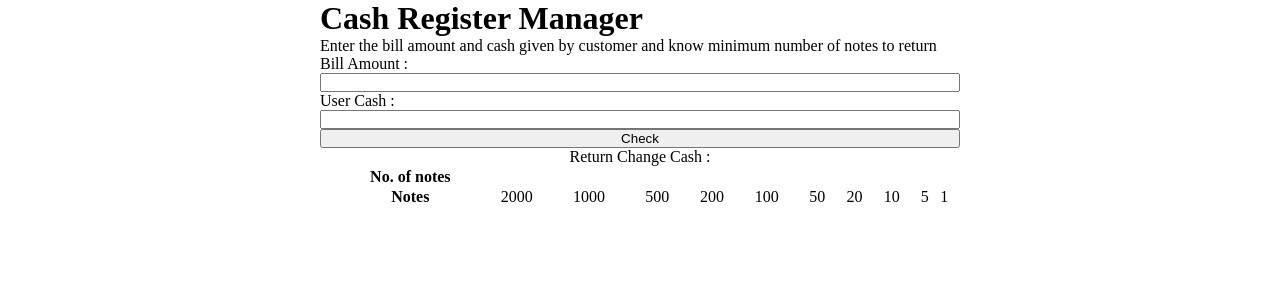
Repository: patelamancode/Cash-register-manager-app
Page: index.html
The author's editor kept a copy of each file at every save. The page is drawn from the files as they stood at one save, then again after the next save.
The browser window is 1280 px wide. The pictures show the whole page.

Above is the page before, as saved 2022-11-16 16:47:20.

After the next save:
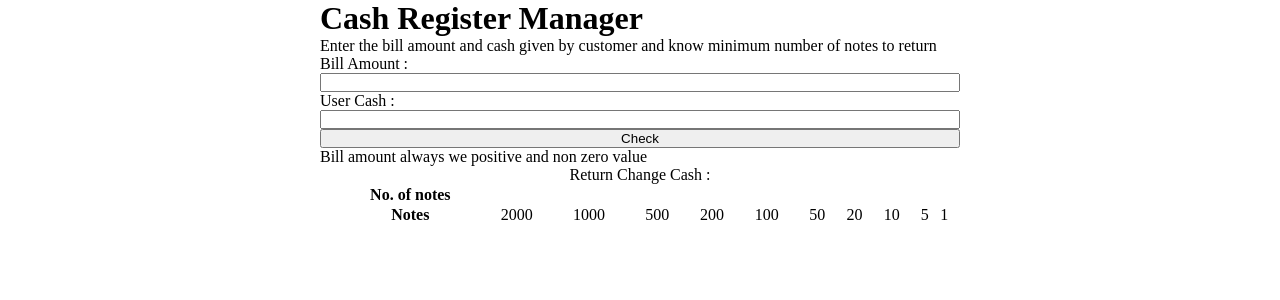
Saved 6 min 40 s later.
--- a/index.html
+++ b/index.html
@@ -20,6 +20,7 @@
         <label for="Cash-amount">User Cash :</label>
         <input type="text" id="cash-amount">
         <button class="check-btn">Check</button>
+        <p class="error-message">Bill amount always we positive and non zero value</p>
         <table class="change-cash">
             <caption>Return Change Cash :</caption>
             <tr>
